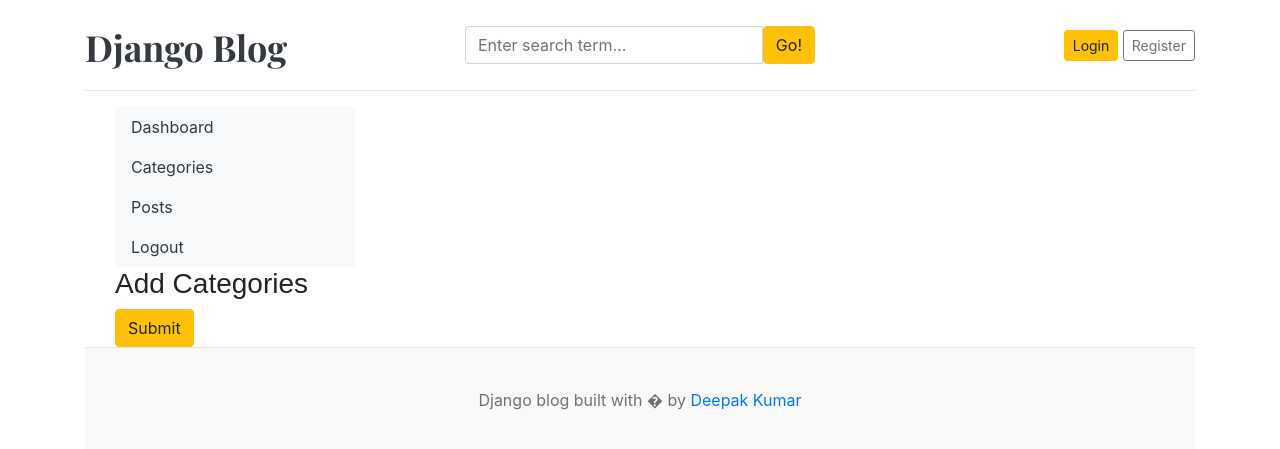
Repository: vijayholve/Blog-Website-Django
Page: templates/dashboard/add_categories.html
An editor plug-in stored every save of this project. The page is shown before and after the next save, followed by the edit.
The browser window is 1280 px wide. The pictures show the whole page.
The template is drawn by Django 5.2. The application's start-up code is not run. Other server files are loaded and not shown. The template is opened directly, without the code that normally fills it, so the values that code supplies are empty.

Above is the page before, as saved 2025-01-29 15:46:58.

### templates/dashboard/add_categories.html
{% extends '../base/base.html' %}

{% block content %}
<div class="container-fluid">
    <!-- left sidebar -->
    {% include './leftsidebar.html' %}


    <!-- right sidebar -->
    <div class="col-md-9">
        <h3>Add Categories</h3>

      <form action="" method="POST" style="width: 500px;">
        {% csrf_token %}
        {{ form  }}
        <button type="submit" class="btn btn-warning">Submit</button>
      </form>
    </div>
</div>

{% endblock %}

### templates/base/base.html
<!-- Header part -->
{% include './header.html' %}

<!-- Main content part -->
{% block content %}

{% endblock %}

<!-- Footer -->
{% include './footer.html' %}

### templates/base/header.html
{% load static %}
<!DOCTYPE html>
<html lang="en">
<head>
    <meta charset="UTF-8">
    <meta http-equiv="X-UA-Compatible" content="IE=edge">
    <meta name="viewport" content="width=device-width, initial-scale=1.0">
    <title>SM Joshi Blogs</title>
    <link href="https://getbootstrap.com/docs/4.0/dist/css/bootstrap.min.css" rel="stylesheet">
    <link href="https://fonts.googleapis.com/css?family=Playfair+Display:700,900" rel="stylesheet">
    <link href="{% static 'css/blog.css' %}" rel="stylesheet">
    <link href="{% static 'css/Navbar.css' %}" rel="stylesheet">
    <link rel="stylesheet" href="https://cdn.jsdelivr.net/npm/bootstrap@4.4.1/dist/css/bootstrap.min.css" integrity="sha384-Vkoo8x4CGsO3+Hhxv8T/Q5PaXtkKtu6ug5TOeNV6gBiFeWPGFN9MuhOf23Q9Ifjh" crossorigin="anonymous">
    <link rel="stylesheet" href="https://cdnjs.cloudflare.com/ajax/libs/font-awesome/4.7.0/css/font-awesome.min.css">
  </head>
<body>
    <div class="container">
      <header class="blog-header py-3">
        <div class="row flex-nowrap justify-content-between align-items-center">
          <div class="col-4 pt-1">
            <a class="blog-header-logo text-dark" href="/">Django Blog</a>
          </div>
          <div class="col-4">
            <form action="{% url 'search' %}" method="GET">
              <div class="input-group">
                <input class="form-control" name="keyword" type="text" placeholder="Enter search term..." aria-label="Enter search term..." aria-describedby="button-search" />
                <button type="submit" class="btn btn-warning" id="button-search" type="button">Go!</button>
            </div>
            </form>
          </div>

          <div class="col-4 d-flex justify-content-end align-items-center">
            {% if not user.is_authenticated %}
            <a class="btn btn-sm btn-warning" href="{% url 'login' %}">Login</a> &nbsp;
            <a class="btn btn-sm btn-outline-secondary" href="{% url 'register' %}">Register</a>
            {% else %}
            <span><a href="{% url 'dashboard' %}" class="btn btn-warning">Dashboard</a></span> &nbsp;
            <span><a href="{% url 'logout' %}">Logout</a></span>
            {% endif %}
          </div>
        </div>
      </header>

      <div class="nav-scroller py-1 mb-2">
        <nav class="nav d-flex justify-content-between">
          {% for cat in categories %}
          <a class="p-2 text-muted" href="{% url 'posts_by_category' cat.id  %}">{{ cat.category_name }}</a>
          {% endfor %}
        </nav>
      </div>

### templates/dashboard/leftsidebar.html
<div class="col-md-3">
    <div class="nav flex-column nav-pills bg-light aria-orientation='vertical'">
        <a href="{% url 'dashboard' %}" class="nav-link text-dark {% if '/dashboard/' == request.path %} bg-warning {% endif %}">Dashboard</a>
         {% if perms.auth.view_user %}
          <a href="{% url 'users' %}" class="nav-link text-dark {% if '/users/' in request.path %} bg-warning {% endif %}">Users</a>
        {% endif %}
        <a href="{% url 'categories' %}" class="nav-link text-dark {% if '/categories/' in request.path %} bg-warning {% endif %}">Categories</a>
        <a href="{% url 'posts' %}" class="nav-link text-dark {% if '/posts/' in request.path %} bg-warning {% endif %}">Posts</a>
        <a href="" class="nav-link text-dark">Logout</a>
    </div>
</div>

### templates/base/footer.html
<footer class="blog-footer">
    <p>Django blog built with � by <a href="#">Deepak Kumar</a></p>
  </footer>
  </body>
  </html>

### static/css/blog.css
/* stylelint-disable selector-list-comma-newline-after */

.blog-header {
  border-bottom: 1px solid #e5e5e5;
}

.blog-header-logo {
  font-family: "Playfair Display", Georgia, "Times New Roman", serif/*rtl:Amiri, Georgia, "Times New Roman", serif*/;
  font-size: 2.25rem;
}

.blog-header-logo:hover {
  text-decoration: none;
}

h1, h2, h3, h4, h5, h6 {
  font-family: "Playfair Display", Georgia, "Times New Roman", serif/*rtl:Amiri, Georgia, "Times New Roman", serif*/;
}

.display-4 {
  font-size: 2.5rem;
}
@media (min-width: 768px) {
  .display-4 {
    font-size: 3rem;
  }
}

.flex-auto {
  flex: 0 0 auto;
}

.h-250 { height: 250px; }
@media (min-width: 768px) {
  .h-md-250 { height: 250px; }
}

/* Pagination */
.blog-pagination {
  margin-bottom: 4rem;
}

/*
 * Blog posts
 */
.blog-post {
  margin-bottom: 4rem;
}
.blog-post-title {
  font-size: 2.5rem;
}
.blog-post-meta {
  margin-bottom: 1.25rem;
  color: #727272;
}

/*
 * Footer
 */
.blog-footer {
  padding: 2.5rem 0;
  color: #727272;
  text-align: center;
  background-color: #f9f9f9;
  border-top: .05rem solid #e5e5e5;
}
.blog-footer p:last-child {
  margin-bottom: 0;
}

### static/css/Navbar.css
:root {
    --font-family-sans-serif: "Open Sans", -apple-system, BlinkMacSystemFont,
    "Segoe UI", Roboto, "Helvetica Neue", Arial, sans-serif, "Apple Color Emoji",
    "Segoe UI Emoji", "Segoe UI Symbol", "Noto Color Emoji";
}

*, *::before, *::after {
    -webkit-box-sizing: border-box;
    box-sizing: border-box;
}

html {
    font-family: sans-serif;
    line-height: 1.15;
    -webkit-text-size-adjust: 100%;
    -webkit-tap-highlight-color: rgba(0, 0, 0, 0);
}

nav {
    display: block;
}

body {
    margin: 0;
    font-family: "Open Sans", -apple-system, BlinkMacSystemFont, "Segoe UI",
    Roboto, "Helvetica Neue", Arial, sans-serif, "Apple Color Emoji",
    "Segoe UI Emoji", "Segoe UI Symbol", "Noto Color Emoji";
    font-size: 1rem;
    font-weight: 400;
    line-height: 1.5;
    color: #515151;
    text-align: left;
    background-color: #e9edf4;
}

h1, h2, h3, h4, h5, h6 {
    margin-top: 0;
    margin-bottom: 0.5rem;
}

p {
    margin-top: 0;
    margin-bottom: 1rem;
}

a {
    color: #3f84fc;
    text-decoration: none;
    background-color: transparent;
}

a:hover {
    color: #0458eb;
    text-decoration: underline;
}

h1, h2, h3, h4, h5, h6, .h1, .h2, .h3, .h4, .h5, .h6 {
    font-family: "Nunito", sans-serif;
    margin-bottom: 0.5rem;
    font-weight: 500;
    line-height: 1.2;
}

h1, .h1 {
    font-size: 2.5rem;
    font-weight: normal;
}

.card {
    position: relative;
    display: -webkit-box;
    display: -webkit-flex;
    display: -ms-flexbox;
    display: flex;
    -webkit-box-orient: vertical;
    -webkit-box-direction: normal;
    -webkit-flex-direction: column;
    -ms-flex-direction: column;
    flex-direction: column;
    min-width: 0;
    word-wrap: break-word;
    background-color: #fff;
    background-clip: border-box;
    border: 1px solid rgba(0, 0, 0, 0.125);
    border-radius: 0;
}

.card-body {
    -webkit-box-flex: 1;
    -webkit-flex: 1 1 auto;
    -ms-flex: 1 1 auto;
    flex: 1 1 auto;
    padding: 1.25rem;
}

.card-header {
    padding: 0.75rem 1.25rem;
    margin-bottom: 0;
    background-color: rgba(0, 0, 0, 0.03);
    border-bottom: 1px solid rgba(0, 0, 0, 0.125);
    text-align: center;
}

.dashboard {
    display: -webkit-box;
    display: -webkit-flex;
    display: -ms-flexbox;
    display: flex;
    min-height: 100vh;
}

.dashboard-app {
    display: -webkit-box;
    display: -webkit-flex;
    display: -ms-flexbox;
    display: flex;
    -webkit-box-orient: vertical;
    -webkit-box-direction: normal;
    -webkit-flex-direction: column;
    -ms-flex-direction: column;
    flex-direction: column;
    -webkit-box-flex: 2;
    -webkit-flex-grow: 2;
    -ms-flex-positive: 2;
    flex-grow: 2;
    margin-top: 84px;
}

.dashboard-content {
    -webkit-box-flex: 2;
    -webkit-flex-grow: 2;
    -ms-flex-positive: 2;
    flex-grow: 2;
    padding: 25px;
}

.dashboard-nav {
    min-width: 238px;
    position: fixed;
    left: 0;
    top: 0;
    bottom: 0;
    overflow: auto;
    background-color: #373193;
}

.dashboard-compact .dashboard-nav {
    display: none;
}

.dashboard-nav header {
    min-height: 84px;
    padding: 8px 27px;
    display: -webkit-box;
    display: -webkit-flex;
    display: -ms-flexbox;
    display: flex;
    -webkit-box-pack: center;
    -webkit-justify-content: center;
    -ms-flex-pack: center;
    justify-content: center;
    -webkit-box-align: center;
    -webkit-align-items: center;
    -ms-flex-align: center;
    align-items: center;
}

.dashboard-nav header .menu-toggle {
    display: none;
    margin-right: auto;
}

.dashboard-nav a {
    color: #515151;
}

.dashboard-nav a:hover {
    text-decoration: none;
}

.dashboard-nav {
    background-color: #443ea2;
}

.dashboard-nav a {
    color: #fff;
}

.brand-logo {
    font-family: "Nunito", sans-serif;
    font-weight: bold;
    font-size: 20px;
    display: -webkit-box;
    display: -webkit-flex;
    display: -ms-flexbox;
    display: flex;
    color: #515151;
    -webkit-box-align: center;
    -webkit-align-items: center;
    -ms-flex-align: center;
    align-items: center;
}

.brand-logo:focus, .brand-logo:active, .brand-logo:hover {
    color: #dbdbdb;
    text-decoration: none;
}

.brand-logo i {
    color: #d2d1d1;
    font-size: 27px;
    margin-right: 10px;
}

.dashboard-nav-list {
    display: -webkit-box;
    display: -webkit-flex;
    display: -ms-flexbox;
    display: flex;
    -webkit-box-orient: vertical;
    -webkit-box-direction: normal;
    -webkit-flex-direction: column;
    -ms-flex-direction: column;
    flex-direction: column;
}

.dashboard-nav-item {
    min-height: 56px;
    padding: 8px 20px 8px 70px;
    display: -webkit-box;
    display: -webkit-flex;
    display: -ms-flexbox;
    display: flex;
    -webkit-box-align: center;
    -webkit-align-items: center;
    -ms-flex-align: center;
    align-items: center;
    letter-spacing: 0.02em;
    transition: ease-out 0.5s;
}

.dashboard-nav-item i {
    width: 36px;
    font-size: 19px;
    margin-left: -40px;
}

.dashboard-nav-item:hover {
    background: rgba(255, 255, 255, 0.04);
}

.active {
    background: rgba(0, 0, 0, 0.1);
}

.dashboard-nav-dropdown {
    display: -webkit-box;
    display: -webkit-flex;
    display: -ms-flexbox;
    display: flex;
    -webkit-box-orient: vertical;
    -webkit-box-direction: normal;
    -webkit-flex-direction: column;
    -ms-flex-direction: column;
    flex-direction: column;
}

.dashboard-nav-dropdown.show {
    background: rgba(255, 255, 255, 0.04);
}

.dashboard-nav-dropdown.show > .dashboard-nav-dropdown-toggle {
    font-weight: bold;
}

.dashboard-nav-dropdown.show > .dashboard-nav-dropdown-toggle:after {
    -webkit-transform: none;
    -o-transform: none;
    transform: none;
}

.dashboard-nav-dropdown.show > .dashboard-nav-dropdown-menu {
    display: -webkit-box;
    display: -webkit-flex;
    display: -ms-flexbox;
    display: flex;
}

.dashboard-nav-dropdown-toggle:after {
    content: "";
    margin-left: auto;
    display: inline-block;
    width: 0;
    height: 0;
    border-left: 5px solid transparent;
    border-right: 5px solid transparent;
    border-top: 5px solid rgba(81, 81, 81, 0.8);
    -webkit-transform: rotate(90deg);
    -o-transform: rotate(90deg);
    transform: rotate(90deg);
}

.dashboard-nav .dashboard-nav-dropdown-toggle:after {
    border-top-color: rgba(255, 255, 255, 0.72);
}

.dashboard-nav-dropdown-menu {
    display: none;
    -webkit-box-orient: vertical;
    -webkit-box-direction: normal;
    -webkit-flex-direction: column;
    -ms-flex-direction: column;
    flex-direction: column;
}

.dashboard-nav-dropdown-item {
    min-height: 40px;
    padding: 8px 20px 8px 70px;
    display: -webkit-box;
    display: -webkit-flex;
    display: -ms-flexbox;
    display: flex;
    -webkit-box-align: center;
    -webkit-align-items: center;
    -ms-flex-align: center;
    align-items: center;
    transition: ease-out 0.5s;
}

.dashboard-nav-dropdown-item:hover {
    background: rgba(255, 255, 255, 0.04);
}

.menu-toggle {
    position: relative;
    width: 42px;
    height: 42px;
    display: -webkit-box;
    display: -webkit-flex;
    display: -ms-flexbox;
    display: flex;
    -webkit-box-align: center;
    -webkit-align-items: center;
    -ms-flex-align: center;
    align-items: center;
    -webkit-box-pack: center;
    -webkit-justify-content: center;
    -ms-flex-pack: center;
    justify-content: center;
    color: #443ea2;
}

.menu-toggle:hover, .menu-toggle:active, .menu-toggle:focus {
    text-decoration: none;
    color: #875de5;
}

.menu-toggle i {
    font-size: 20px;
}

.dashboard-toolbar {
    min-height: 84px;
    background-color: #dfdfdf;
    display: -webkit-box;
    display: -webkit-flex;
    display: -ms-flexbox;
    display: flex;
    -webkit-box-align: center;
    -webkit-align-items: center;
    -ms-flex-align: center;
    align-items: center;
    padding: 8px 27px;
    position: fixed;
    top: 0;
    right: 0;
    left: 0;
    z-index: 1000;
}

.nav-item-divider {
    height: 1px;
    margin: 1rem 0;
    overflow: hidden;
    background-color: rgba(236, 238, 239, 0.3);
}

@media (min-width: 992px) {
    .dashboard-app {
        margin-left: 238px;
    }

    .dashboard-compact .dashboard-app {
        margin-left: 0;
    }
}


@media (max-width: 768px) {
    .dashboard-content {
        padding: 15px 0px;
    }
}

@media (max-width: 992px) {
    .dashboard-nav {
        display: none;
        position: fixed;
        top: 0;
        right: 0;
        left: 0;
        bottom: 0;
        z-index: 1070;
    }

    .dashboard-nav.mobile-show {
        display: block;
    }
}

@media (max-width: 992px) {
    .dashboard-nav header .menu-toggle {
        display: -webkit-box;
        display: -webkit-flex;
        display: -ms-flexbox;
        display: flex;
    }
}

@media (min-width: 992px) {
    .dashboard-toolbar {
        left: 238px;
    }

    .dashboard-compact .dashboard-toolbar {
        left: 0;
    }
}

After the next save:
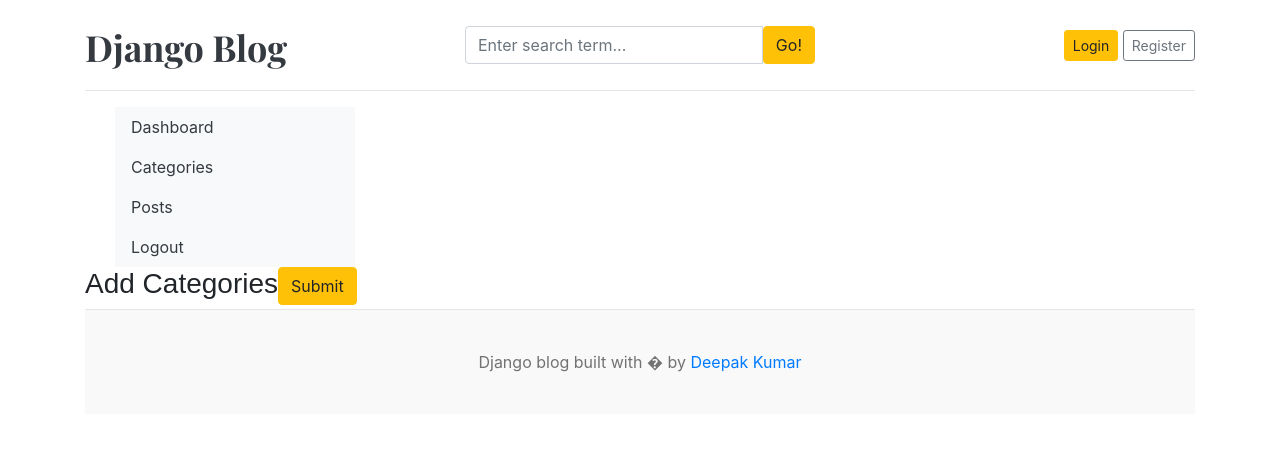
Saved 6 s later.
--- a/templates/dashboard/add_categories.html
+++ b/templates/dashboard/add_categories.html
@@ -7,7 +7,7 @@
 
 
     <!-- right sidebar -->
-    <div class="col-md-9">
+    <div class="row">
         <h3>Add Categories</h3>
 
       <form action="" method="POST" style="width: 500px;">
